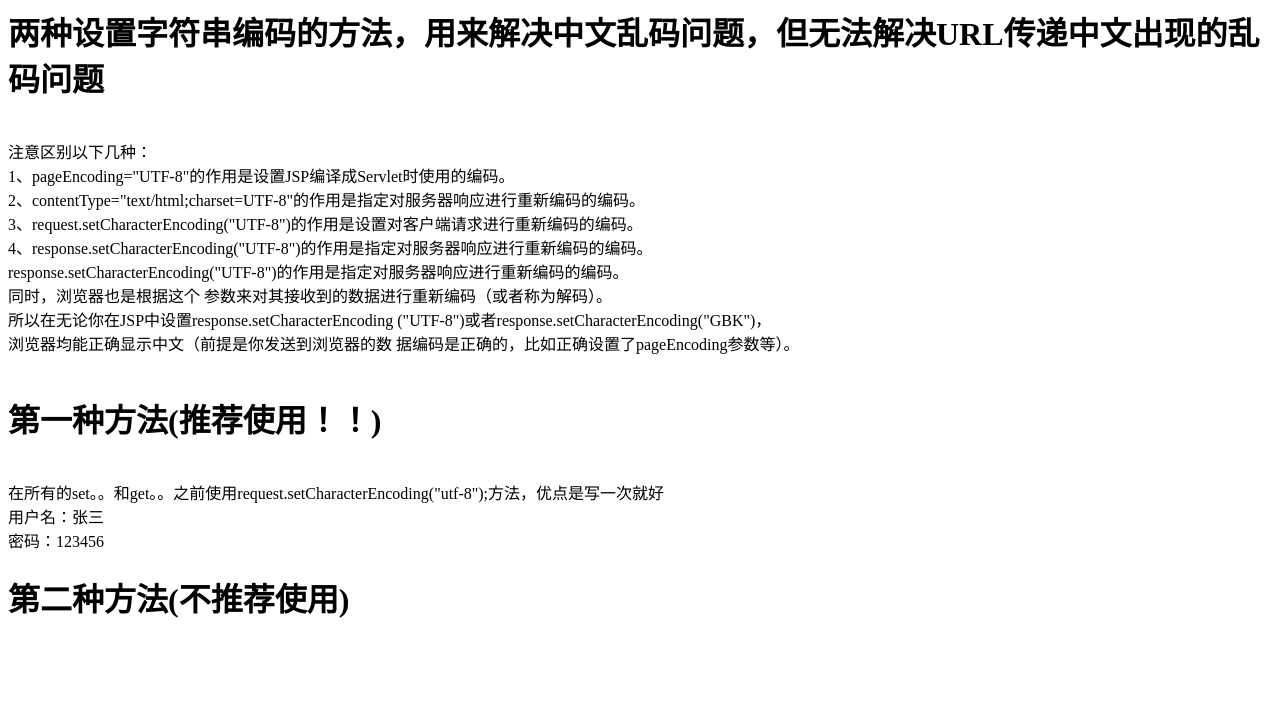
Repository: Fuhai-Chen/javaweb
Page: http://localhost/Chapter_4_example/setCEncoding.jsp
An editor plug-in stored every save of this project. The page is shown before and after the next save, followed by the edit.
The browser window is 1280 px wide. The pictures show the whole page.
The page is served by Tomcat 9.

Above is the page before, as saved 2020-09-23 08:28:03.

After the next save:
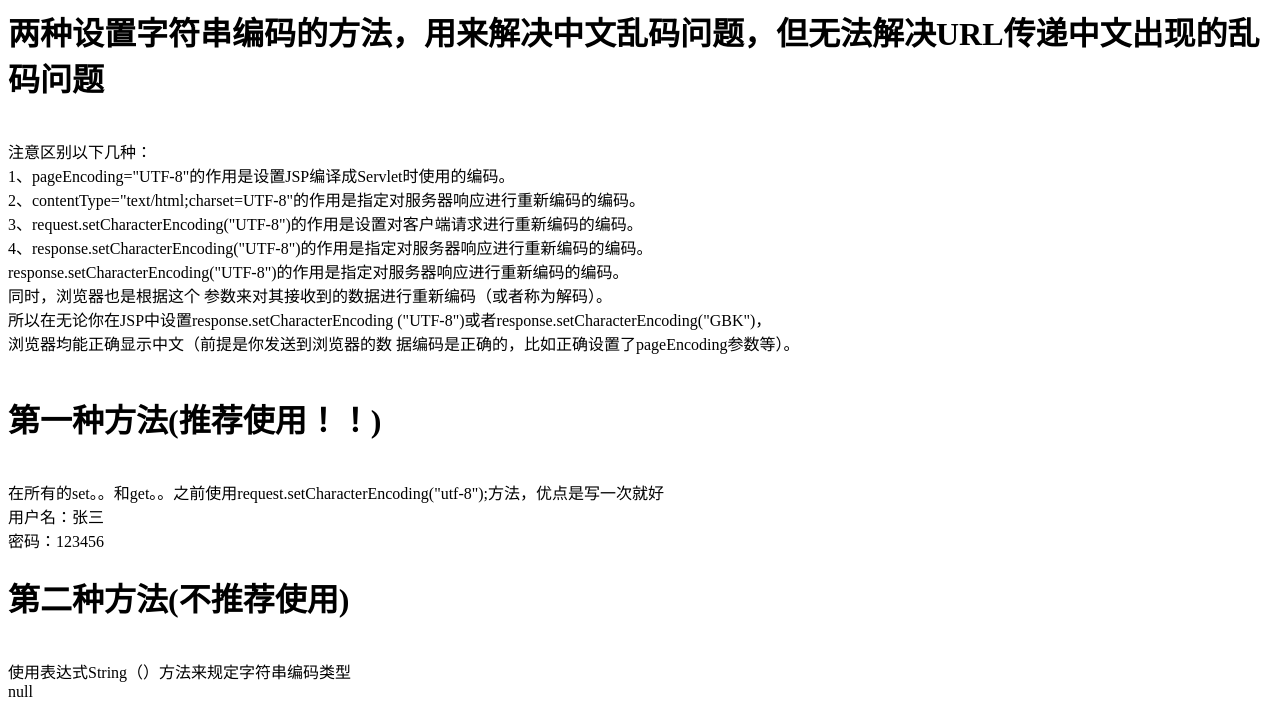
Saved 58 min 53 s later.
--- a/Chapter_4_example/WebRoot/setCEncoding.jsp
+++ b/Chapter_4_example/WebRoot/setCEncoding.jsp
@@ -45,8 +45,12 @@ response.setCharacterEncoding("UTF-8")的作用是指定对服务器响应进行
  <!-- 先set再用表达式直接输出get -->
 用户名：<%=request.getAttribute("username") %><br>
 密码：<%=request.getAttribute("password") %><br>
-<h1>第二种方法(不推荐使用)</h1><br>
+<h1>第二种方法(不推荐使用)</h1><br>使用表达式String（）方法来规定字符串编码类型<br>
+<%
+	String newname = request.getParameter("username");
+ %>
 
+<%=newname %>
 
 
 
